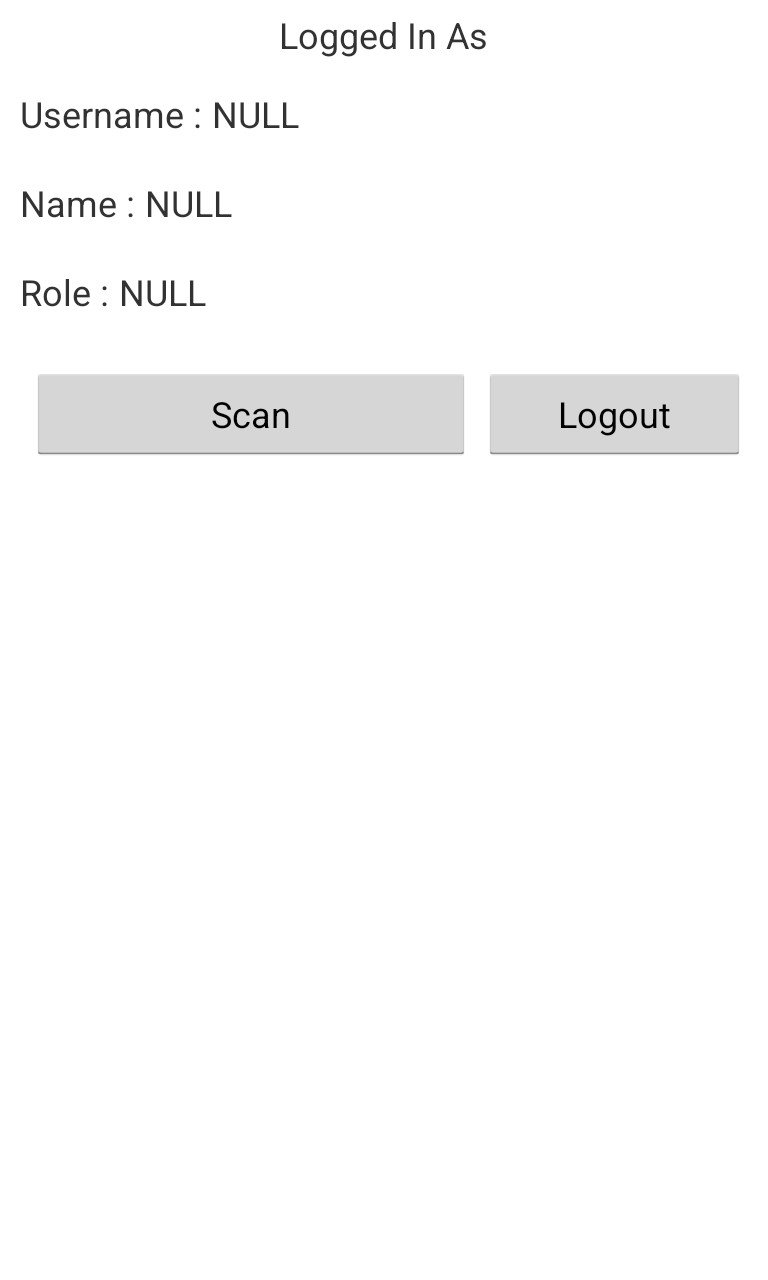
Repository: LennoxAlexion/UID
Layout: Android App/Uid-Project/res/layout/activity_sec_page.xml
An editor plug-in stored every save of this project. The layout is shown before and after the next save, followed by the edit.
It is drawn on a 768 x 1280 px phone screen (xhdpi) without system bars, with theme AppTheme; the app's code is not run.

Above is the layout before, as saved 2015-03-29 06:21:01.

### Android App/Uid-Project/res/layout/activity_sec_page.xml
<?xml version="1.0" encoding="utf-8"?>
<LinearLayout xmlns:android="http://schemas.android.com/apk/res/android"
    android:layout_width="match_parent"
    android:layout_height="match_parent"
    android:orientation="vertical" >

    <TextView
        android:layout_width="wrap_content"
        android:layout_height="wrap_content"
        android:layout_gravity="center_horizontal"
        android:layout_margin="5dp"
        android:gravity="center"
        android:text="Logged In As"
        android:textSize="18dp" />

    <LinearLayout
        android:layout_width="fill_parent"
        android:layout_height="wrap_content"
        android:layout_margin="5dp"
        android:orientation="horizontal"
        android:padding="5dp" >

        <TextView
            android:layout_width="wrap_content"
            android:layout_height="wrap_content"
            android:text="Username :"
            android:textSize="18dp" />

        <TextView
            android:id="@+id/TextView_Username"
            android:layout_width="wrap_content"
            android:layout_height="wrap_content"
            android:layout_marginLeft="5dp"
            android:text="NULL"
            android:textSize="18dp" />
    </LinearLayout>

    <LinearLayout
        android:layout_width="fill_parent"
        android:layout_height="wrap_content"
        android:layout_margin="5dp"
        android:orientation="horizontal"
        android:padding="5dp" >

        <TextView
            android:layout_width="wrap_content"
            android:layout_height="wrap_content"
            android:text="Name :"
            android:textSize="18dp" />

        <TextView
            android:id="@+id/TextView_Name"
            android:layout_width="wrap_content"
            android:layout_height="wrap_content"
            android:layout_marginLeft="5dp"
            android:text="NULL"
            android:textSize="18dp" />
    </LinearLayout>

    <LinearLayout
        android:layout_width="fill_parent"
        android:layout_height="wrap_content"
        android:layout_margin="5dp"
        android:orientation="horizontal"
        android:padding="5dp" >

        <TextView
            android:layout_width="wrap_content"
            android:layout_height="wrap_content"
            android:text="Role :"
            android:textSize="18dp" />

        <TextView
            android:id="@+id/TextView_Role"
            android:layout_width="wrap_content"
            android:layout_height="wrap_content"
            android:layout_marginLeft="5dp"
            android:text="NULL"
            android:textSize="18dp" />
    </LinearLayout>

    <LinearLayout
        android:layout_width="fill_parent"
        android:layout_height="wrap_content"
        android:layout_gravity="center_horizontal"
        android:layout_margin="5dp"
        android:gravity="center"
        android:orientation="horizontal"
        android:padding="5dp" >

        <Button
            android:id="@+id/Button_Sec_Page_Scan"
            android:layout_width="wrap_content"
            android:layout_height="wrap_content"
            android:layout_margin="5dp"
            android:layout_weight="0.18"
            android:text="Scan" />

        <Button
            android:id="@+id/Button_Logout"
            android:layout_width="wrap_content"
            android:layout_height="wrap_content"
            android:layout_weight="0.06"
            android:text="Logout" />

    </LinearLayout>

</LinearLayout>

Loaded but not shown: Android App/Uid-Project/res/values/styles.xml (common file); Android App/Uid-Project/res/values-v11/styles.xml (common file); Android App/Uid-Project/res/values-v14/styles.xml (common file); Android App/Uid-Project/res/values-v21/styles.xml (common file)

After the next save:
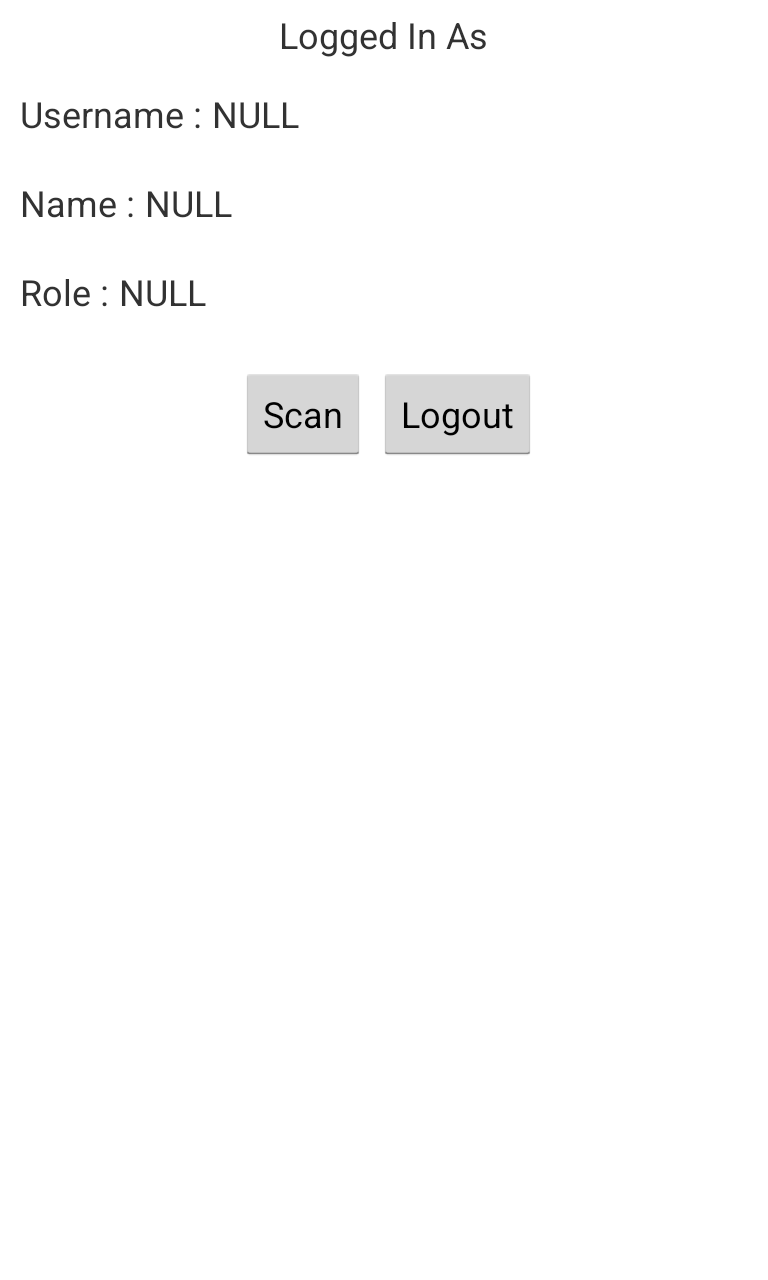
Saved 21 s later.
--- a/Android App/Uid-Project/res/layout/activity_sec_page.xml
+++ b/Android App/Uid-Project/res/layout/activity_sec_page.xml
@@ -93,14 +93,14 @@
             android:layout_width="wrap_content"
             android:layout_height="wrap_content"
             android:layout_margin="5dp"
-            android:layout_weight="0.18"
+
             android:text="Scan" />
 
         <Button
             android:id="@+id/Button_Logout"
             android:layout_width="wrap_content"
             android:layout_height="wrap_content"
-            android:layout_weight="0.06"
+
             android:text="Logout" />
 
     </LinearLayout>
